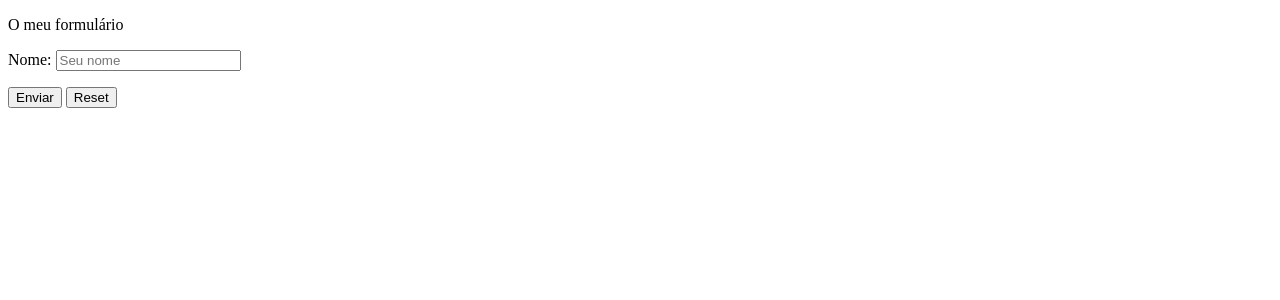
Repository: danilodscosta/CursoHTML
Page: index2.html
The author's editor kept a copy of each file at every save. The page is drawn from the files as they stood at one save, then again after the next save.
The browser window is 1280 px wide. The pictures show the whole page.

Above is the page before, as saved 2023-11-02 14:48:22.

After the next save:
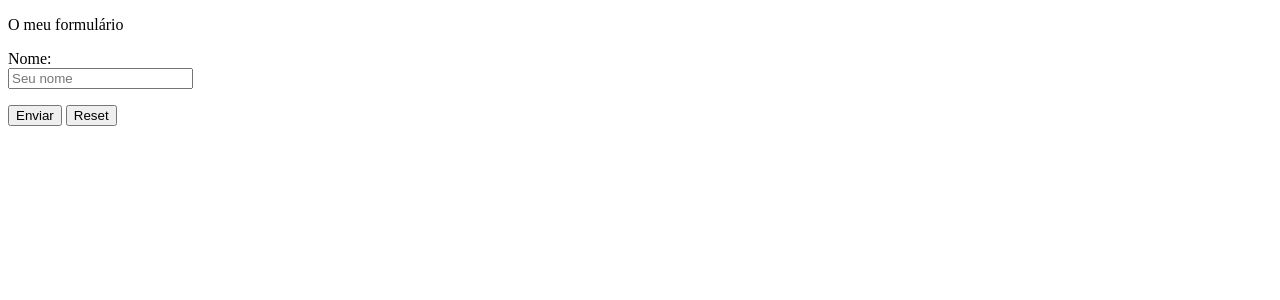
Saved 79 s later.
--- a/index2.html
+++ b/index2.html
@@ -20,10 +20,9 @@
     <form action="#" method="get" autocomplete="off">
         <p>O meu formulário</p>
         <p>
-            <label>
-            Nome:
+            <label for="nome">Nome:</label>
             <input type="text" id="nome" name="nome" placeholder="Seu nome">
-            </label>
+
         </p>
         <p>
             <button type="submit">Enviar</button>

After the save that followed:
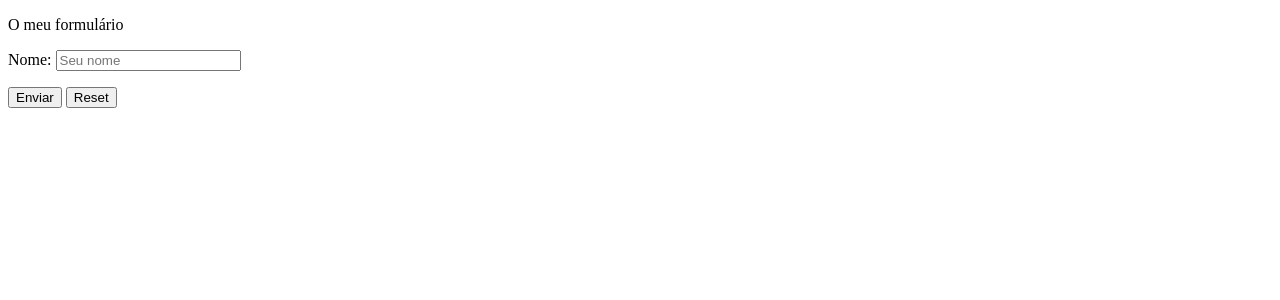
Saved 22 s later.
--- a/index2.html
+++ b/index2.html
@@ -10,7 +10,6 @@
     <style>
         label {
             cursor: pointer;
-            display: block;
         }
 
     </style>
